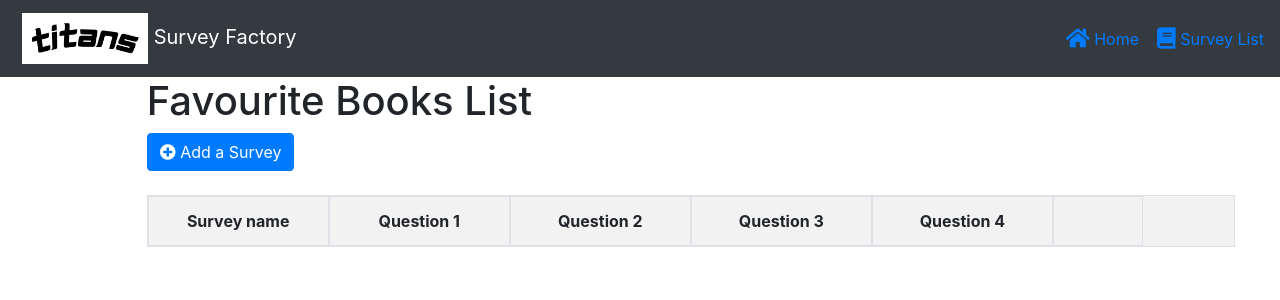
Repository: lord-NAVY/titans
Page: http://localhost/book-list
These files come from the project's save history. The page is drawn as it stood at one moment and after the next save; the edit follows.
The browser window is 1280 px wide. The pictures show the whole page.
The page is served by the project's Node server (server.js). Queries for data that is not in the repository find no rows.

Above is the page before, as saved 2021-11-09 21:09:37.

After the next save:
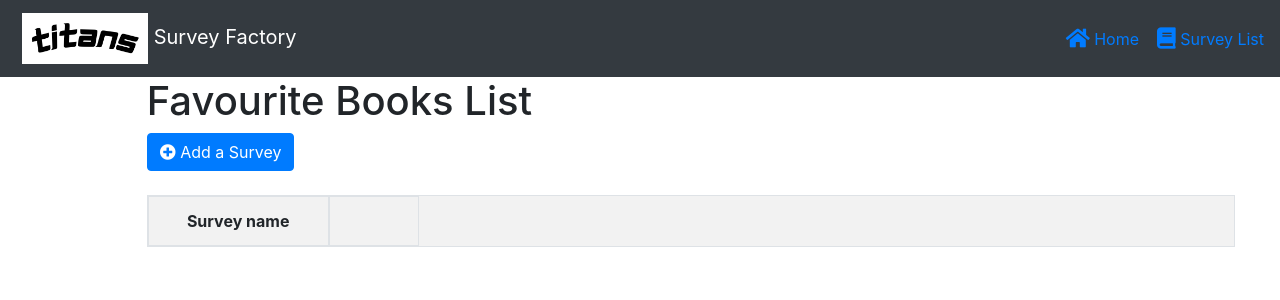
Saved 3 min 37 s later.
--- a/server/views/book/index.ejs
+++ b/server/views/book/index.ejs
@@ -17,17 +17,15 @@
                 <!-- Header Row-->
                 <tr class="d-flex">
                     <th class="text-center col-2">Survey name</th>
-                    <th class="text-center col-2">Question 1</th>
-                    <th class="text-center col-2">Question 2</th>
-                    <th class="text-center col-2">Question 3</th>
-                    <th class="text-center col-2">Question 4</th>
+
                     <th class="text-center col-1"></th>
                 </tr>
-
                 <!-- Repeatable Template Row -->
 
                 <% for(let count = 0; count < BookList.length; count++) { %>
                     <tr class="d-flex">
+                        <th class="text-center col-2">Question <%=count%></th>
+
                         <td class="text-center col-2"><%= BookList[count].Title%></td>
                         <td class="text-center col-2"><%= BookList[count].Description %></td>
                         <td class="text-center col-2"><%= BookList[count].Price%></td>
